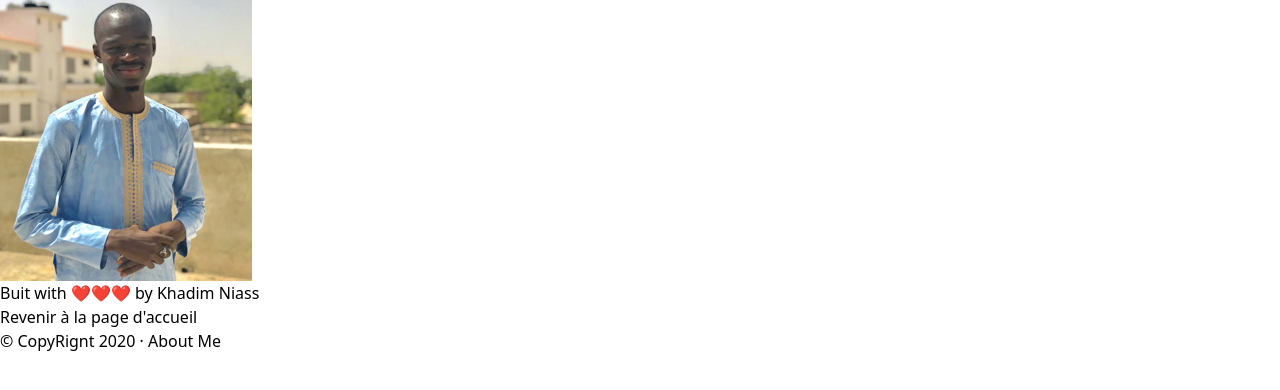
Repository: khadimniass/hello-city-with-Symfony
Page: templates/pages/about.html.twig
An editor plug-in stored every save of this project. The page is shown before and after the next save, followed by the edit.
The browser window is 1280 px wide. The pictures show the whole page.
The page is a Twig template of a Symfony application; nobody is signed in and links lead nowhere. The template is opened directly, without the code that normally fills it, so the values that code supplies are empty.

Above is the page before, as saved 2020-06-24 13:03:40.

After the next save:
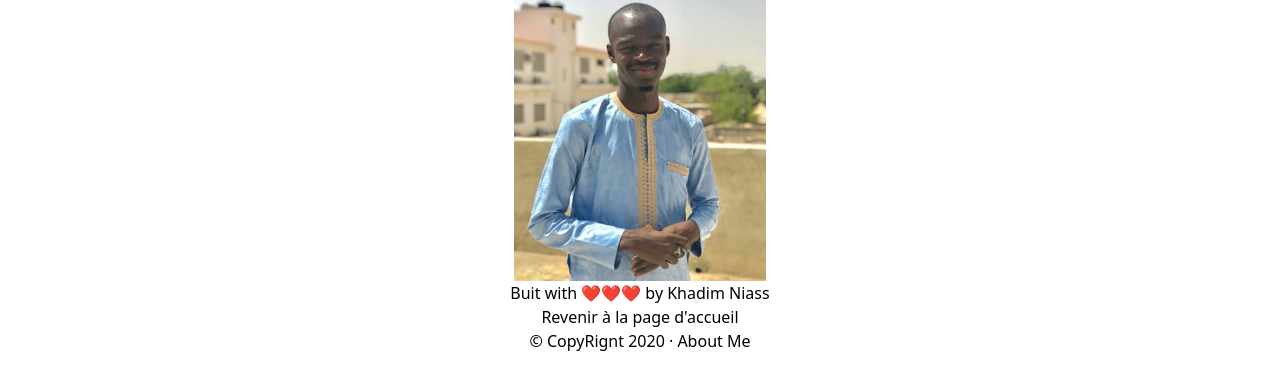
Saved 4 min 32 s later.
--- a/templates/base.html.twig
+++ b/templates/base.html.twig
@@ -7,7 +7,7 @@
         <link href="https://unpkg.com/tailwindcss@^1.0/dist/tailwind.min.css" rel="stylesheet">
         {% block stylesheets %}{% endblock %}
     </head>
-    <body>
+    <body class="flex flex-col justify-cenetr items-center">
         {% block body %}{% endblock %}
         {% block javascripts %}{% endblock %}
 
